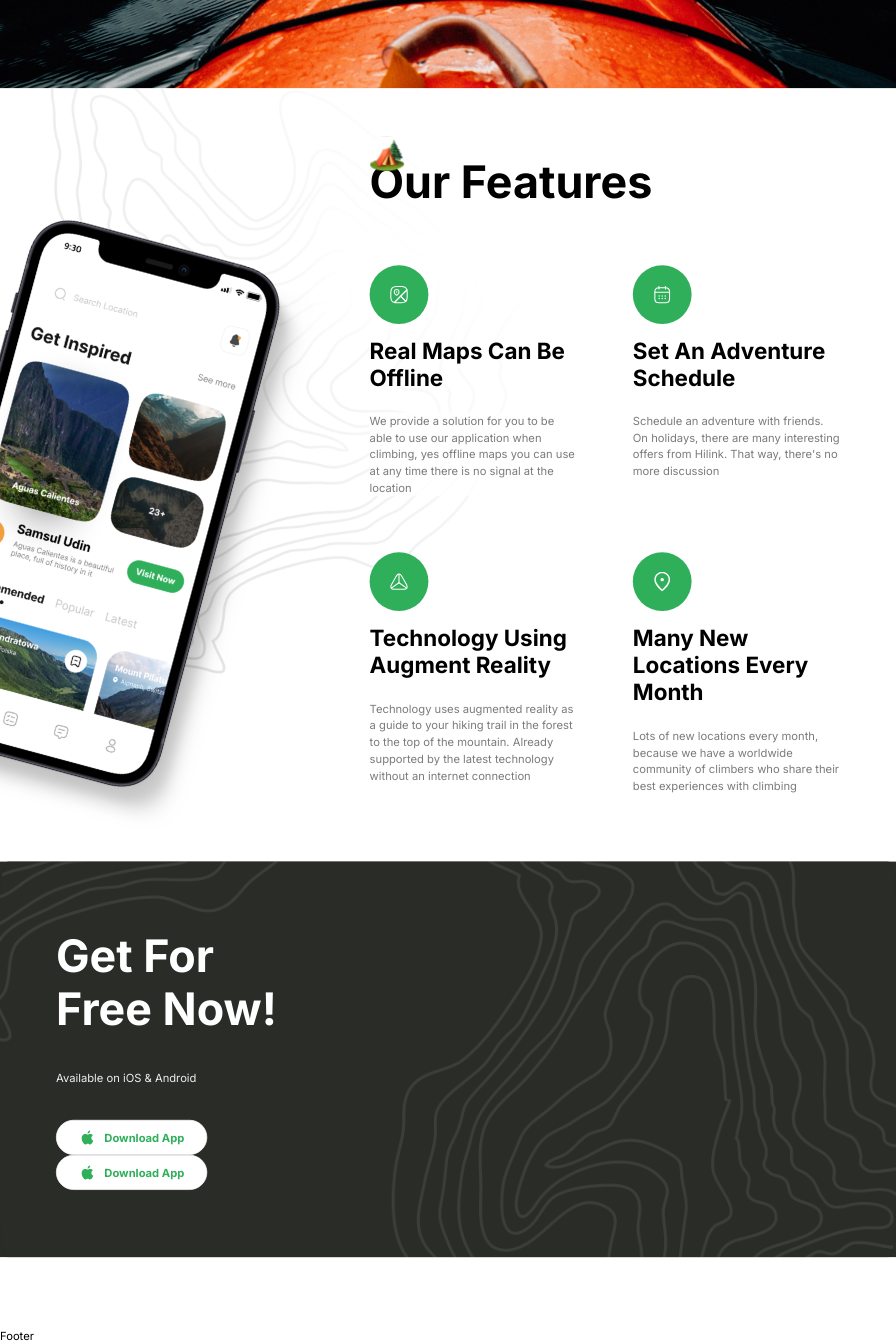
Repository: MikeeBuilds/camp
Page: /
These files come from the project's save history. The page is drawn as it stood at one moment and after a run of saves; the edit follows.
The browser window is 1280 px wide. The pictures show the part of the page from y = 2537 to 4457 px (the page is 4457 px tall before and 4433 px after), at 70% of full size.
The project was rebuilt for these pictures with package versions that can differ from the ones it lists, and the page was loaded fresh each time. The framework's server and built-in components were replaced by stand-ins that run in the browser. Also part of the build but not shown: next.config.js.

Above is the page before, as saved 2023-11-25 16:32:43.

After the next 3 saves:
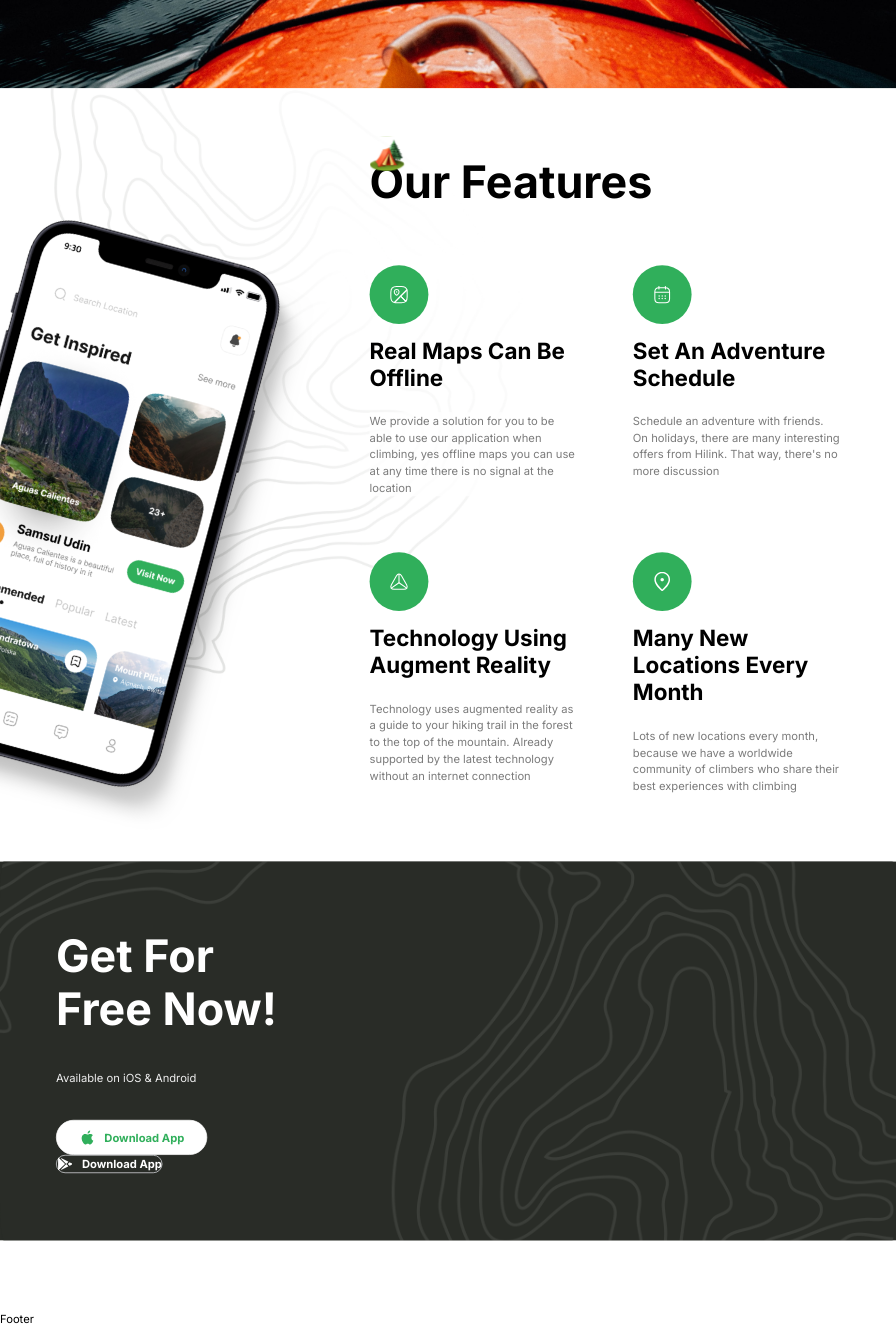
The 3 saves are shown as one change because they came seconds apart.
The last was saved 14 s later.
--- a/components/GetApp.tsx
+++ b/components/GetApp.tsx
@@ -20,8 +20,8 @@
             <Button
               type="button"
               title="Download App"
-              icon="/apple.svg"
-              variant="btn_white"
+              icon="/android.svg"
+              variant="da"
               full
             />
           </div>
